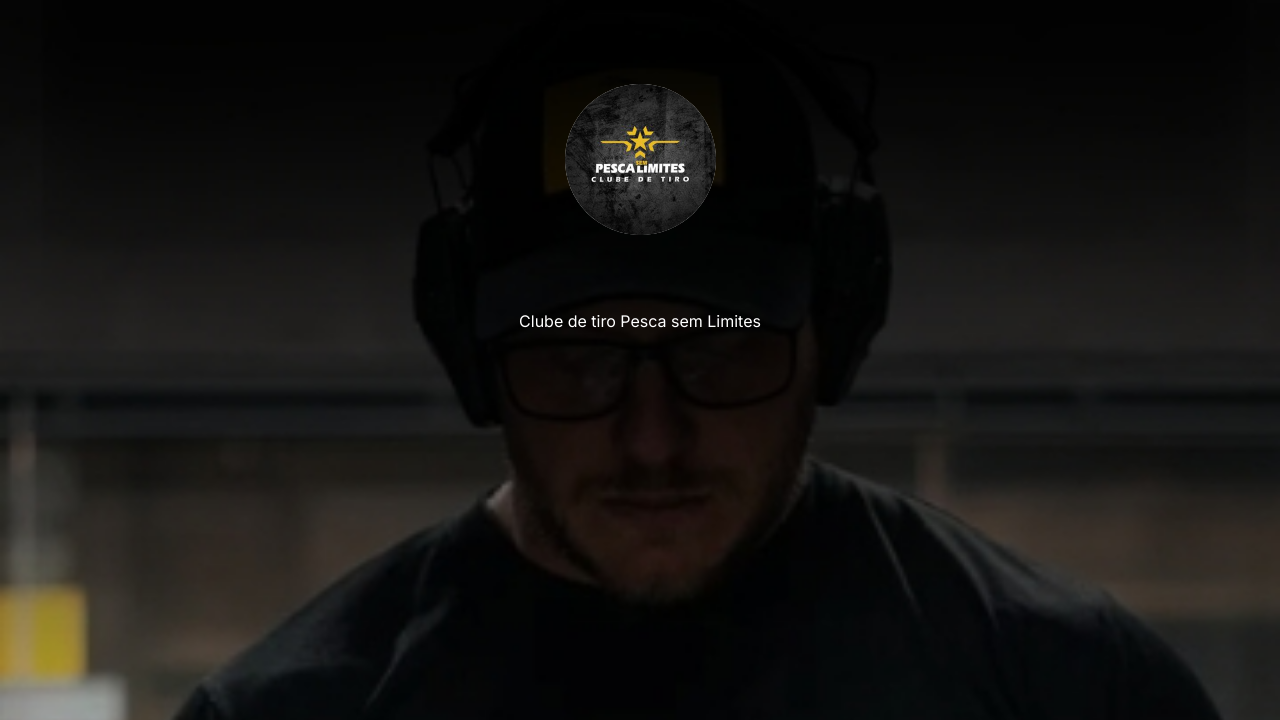
Repository: Fr4nc021/LinkPages-PescasemLimites
Page: index.html
These files come from the project's save history. The page is drawn as it stood at one moment and after the next save; the edit follows.
The browser window is 1280 px wide. The pictures show the whole page.

Above is the page before, as saved 2025-02-27 21:59:14.

### index.html
<!DOCTYPE html>
<html lang="pt-br">
<head>
    <link rel="preconnect" href="https://fonts.googleapis.com" />
    <link rel="preconnect" href="https://fonts.gstatic.com" crossorigin
    />
    <link
    href="https://fonts.googleapis.com/css2?family=Inter:ital,opsz,wght@0,14..32,100..900;1,14..32,100..900&display=swap" rel="stylesheet"
    />
    <link rel="stylesheet" href="style.css">
    <meta charset="UTF-8">
    <meta name="viewport" content="width=device-width, initial-scale=1.0">
    <title>LinkPage</title>
</head>
<body>
    <div id="profile">
        <img src="./midia/logo_clube_de_tiro.jpg"
        alt="Logo Pesca sem Limites Clube de tiro">
        <p>Clube de tiro Pesca sem Limites</p>
    </div>

</body>
</html>

### style.css
body * {
    font-family: "Inter", sans-serif;
    color: rgb(255, 255, 255);
}

body {
    background: url(./midia/Foto_fundo_mobile.jpg) no-repeat center center/cover;
    height: 100vh; /* Garante que o body ocupe 100% da altura da tela */
    margin: 0; /* Remove margens padrão */
    padding: 0; /* Remove padding padrão */
}
#profile img {
    width: 151px;
    display: block;
    margin: auto;
    padding: 60px;
    border-radius: 50%;
}

#profile {
    text-align: center;
    padding: 24px;
}

After the next save:
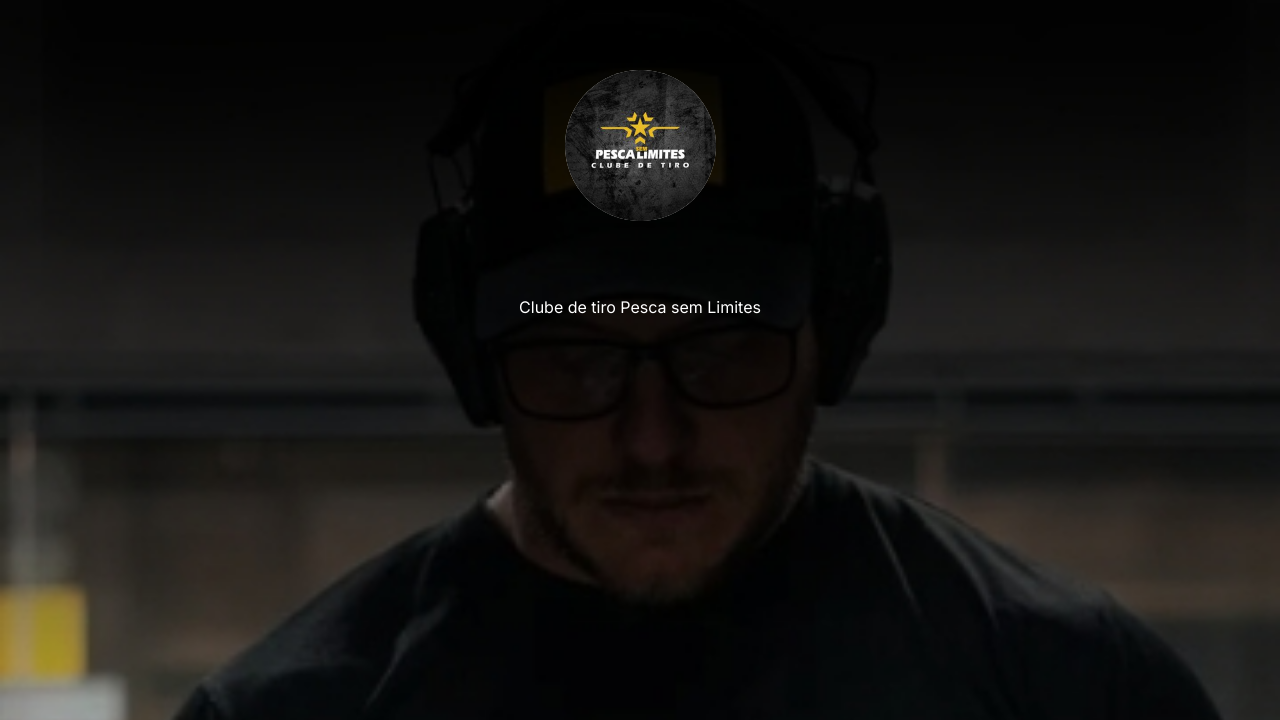
Saved 14 s later.
--- a/style.css
+++ b/style.css
@@ -19,5 +19,5 @@
 
 #profile {
     text-align: center;
-    padding: 24px;
+    padding: 10px;
 }
